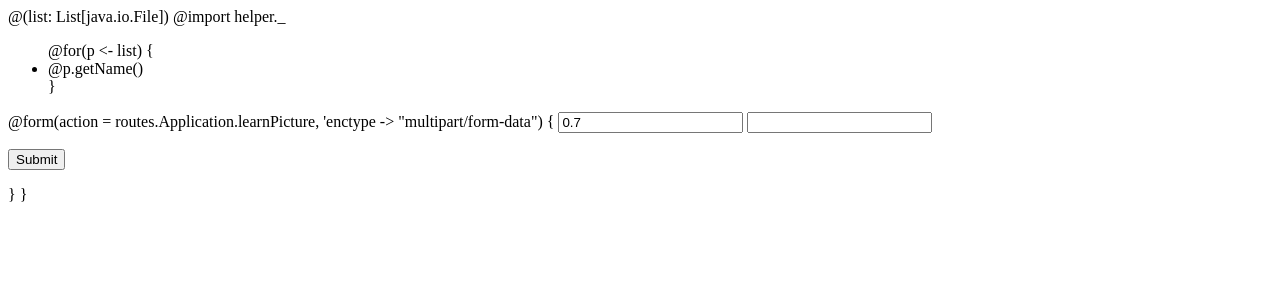
Repository: ackdom/opencv-surf
Page: surfbackend/.target/views/list.scala.html
An editor plug-in stored every save of this project. The page is shown before and after the next save, followed by the edit.
The browser window is 1280 px wide. The pictures show the whole page.

Above is the page before, as saved 2013-12-08 12:33:07.

### surfbackend/.target/views/list.scala.html
@(list: List[java.io.File])
@import helper._

<ul>
@for(p <- list) {
  <li>@p.getName()</li>
}
</ul>

@form(action = routes.Application.learnPicture, 'enctype -> "multipart/form-data") {

    <input type="text" name="treshold" value="0.7">
    <input type="text" name="image" value="">
    <p>
        <input type="submit">
    </p>

}
}

After the next save:
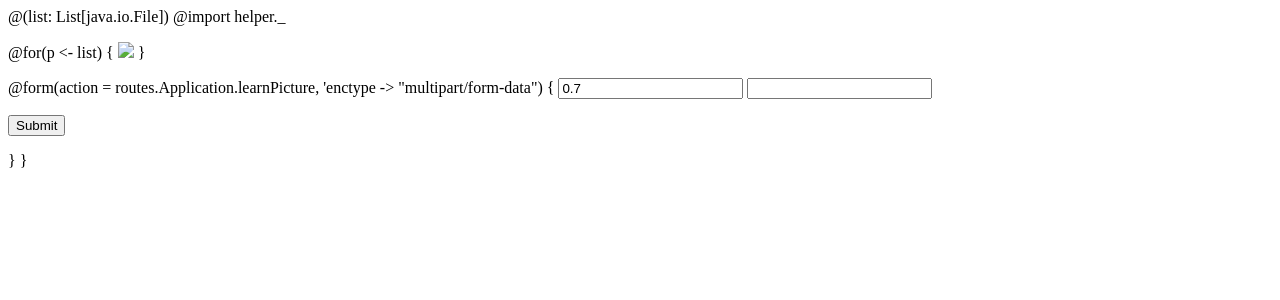
Not found: surfbackend/.target/views/public/images/@p.getName()
Saved 8 min 48 s later.
--- a/surfbackend/.target/views/list.scala.html
+++ b/surfbackend/.target/views/list.scala.html
@@ -1,11 +1,11 @@
 @(list: List[java.io.File])
 @import helper._
 
-<ul>
+<p>
 @for(p <- list) {
-  <li>@p.getName()</li>
+  <img src="public/images/@p.getName()" />
 }
-</ul>
+</p>
 
 @form(action = routes.Application.learnPicture, 'enctype -> "multipart/form-data") {
 
